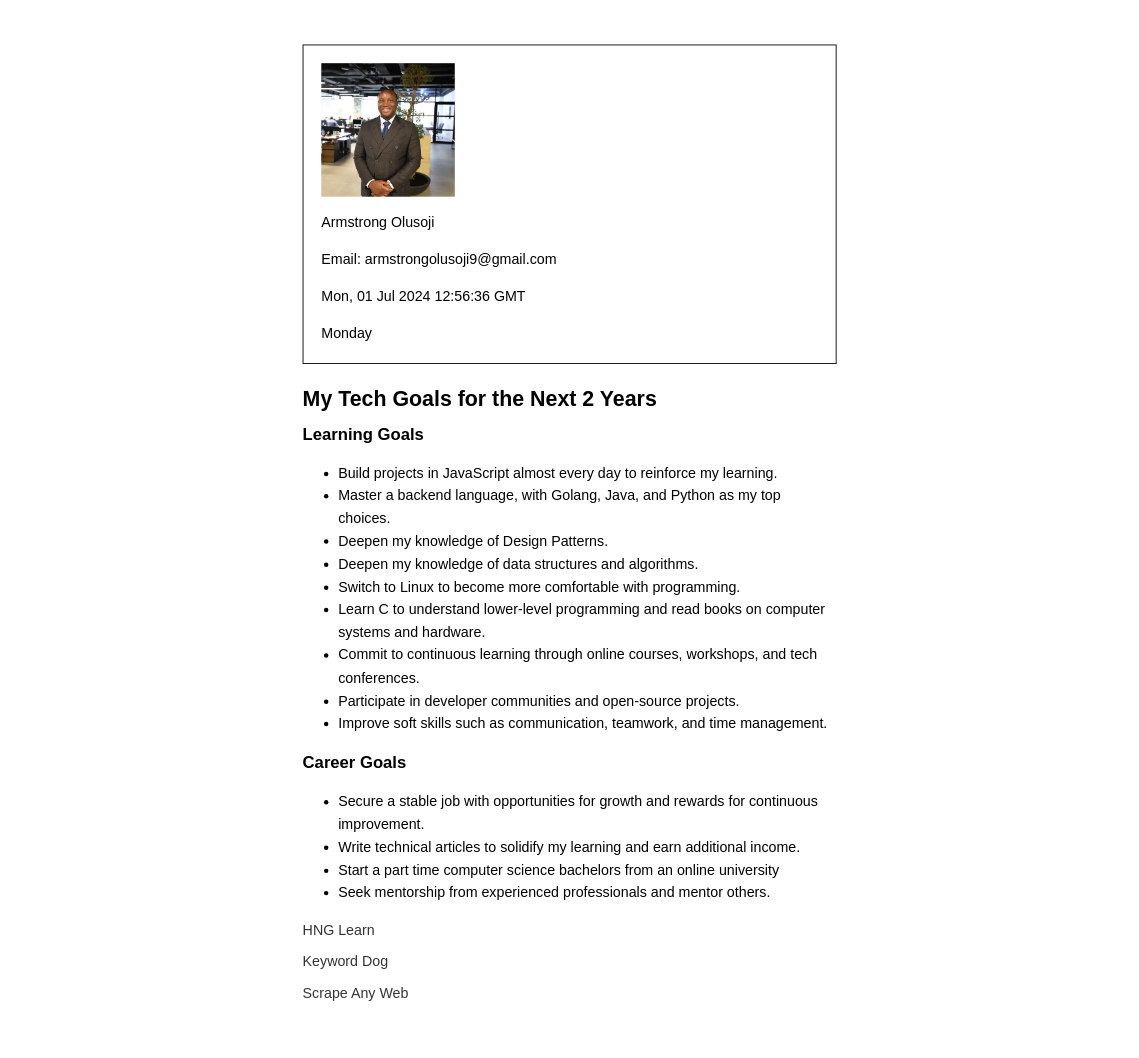
Repository: Armstrong2035/hng-project-one
Page: index.html
The author's editor kept a copy of each file at every save. The page is drawn from the files as they stood at one save, then again after the next save.
The browser window is 1280 px wide. The pictures show the whole page, at 89% of full size.

Above is the page before, as saved 2024-07-01 16:44:59.

After the next save:
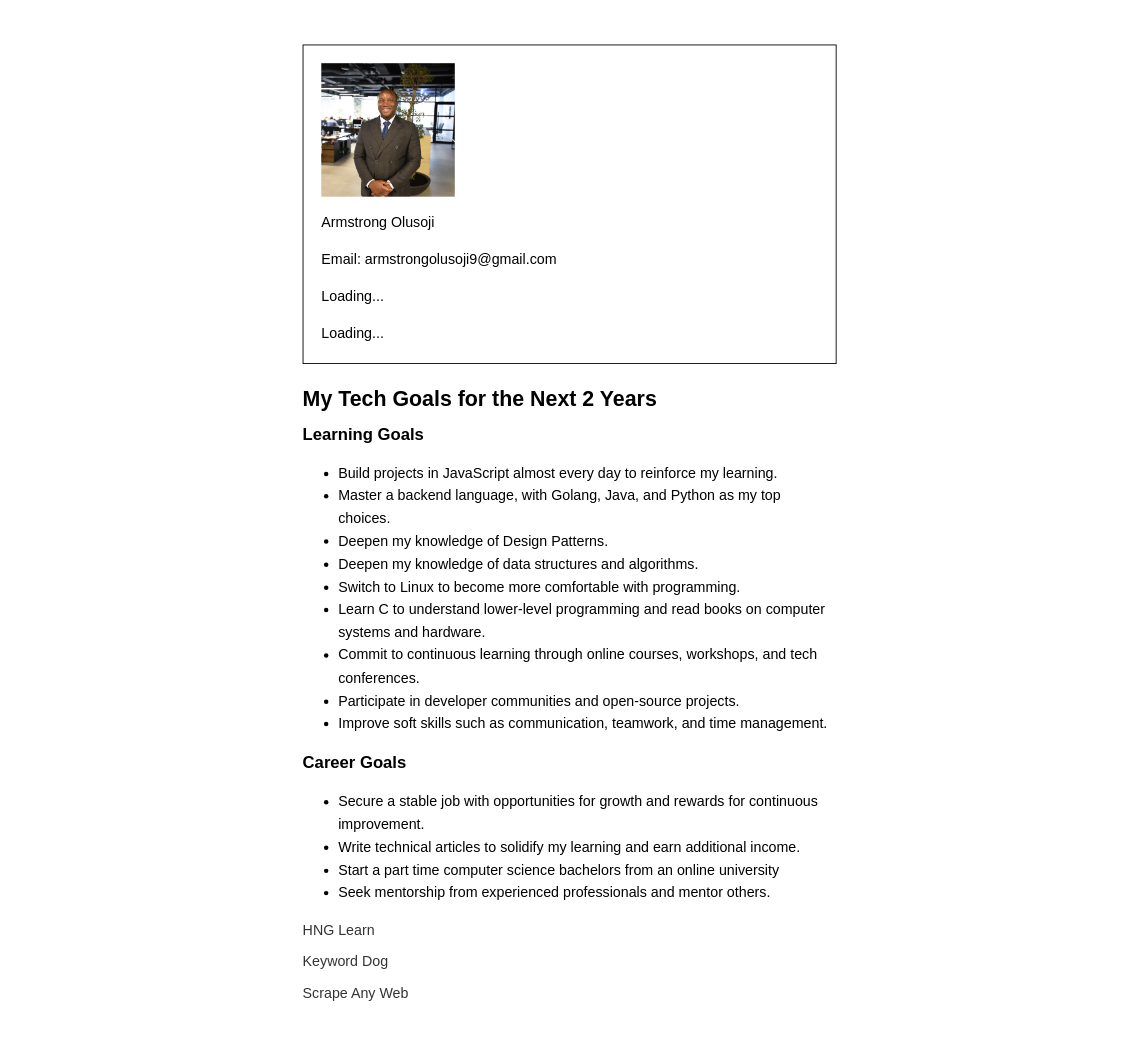
Console error: TypeError: now.toUTCHoursString is not a function
Saved 5 min 47 s later.
--- a/script.js
+++ b/script.js
@@ -1,6 +1,6 @@
 function updateTime() {
   const now = new Date();
-  const utcTime = now.toUTCString();
+  const utcTime = now.toUTCHoursString();
   const day = now.toLocaleDateString("en-US", { weekday: "long" });
   document.getElementById("current-time").textContent = ` ${utcTime}`;
   document.getElementById("current-day").textContent = ` ${day}`;

After the save that followed:
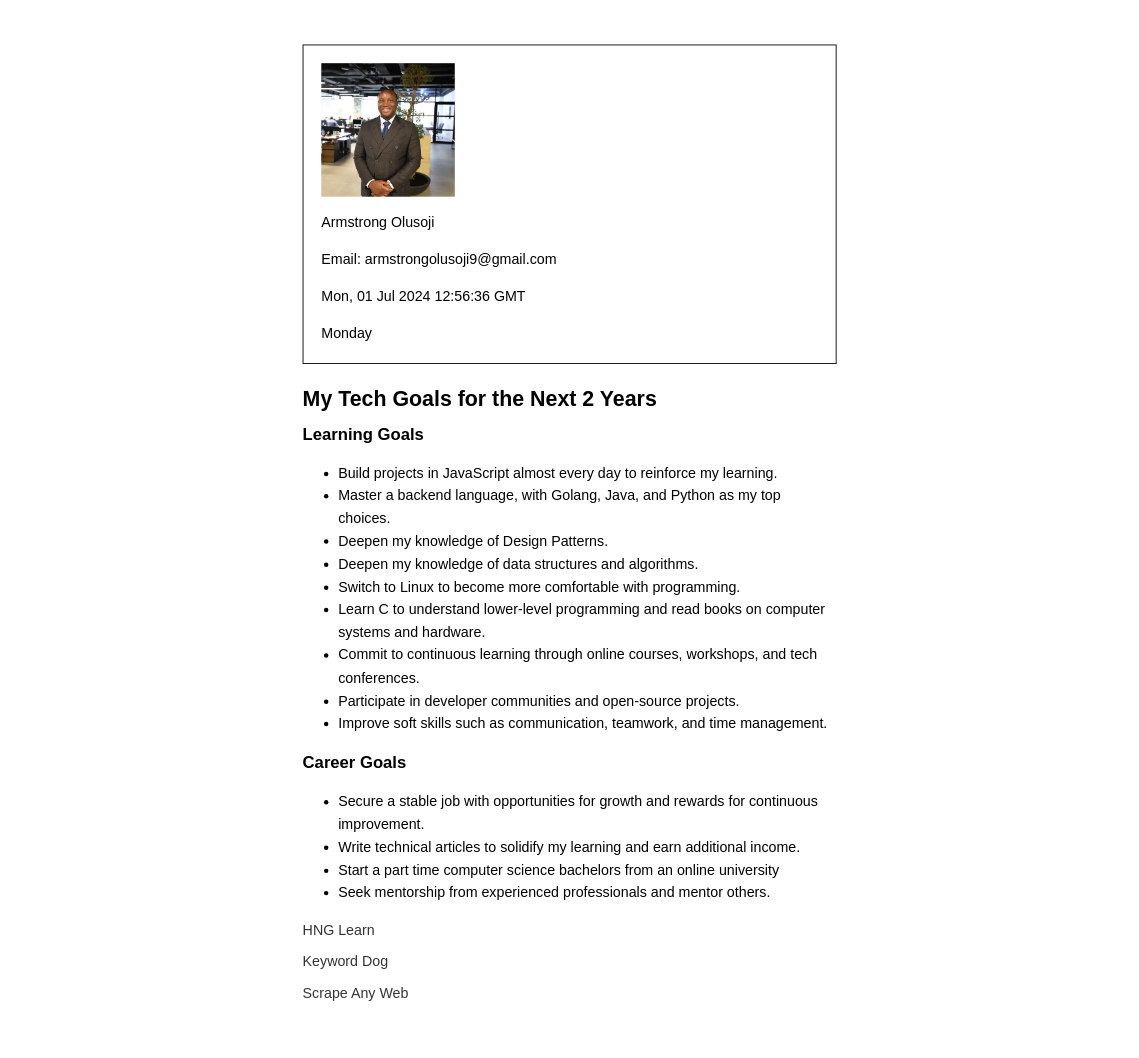
The error is gone.
Saved 13 s later.
--- a/script.js
+++ b/script.js
@@ -1,6 +1,6 @@
 function updateTime() {
   const now = new Date();
-  const utcTime = now.toUTCHoursString();
+  const utcTime = now.toUTCString();
   const day = now.toLocaleDateString("en-US", { weekday: "long" });
   document.getElementById("current-time").textContent = ` ${utcTime}`;
   document.getElementById("current-day").textContent = ` ${day}`;
